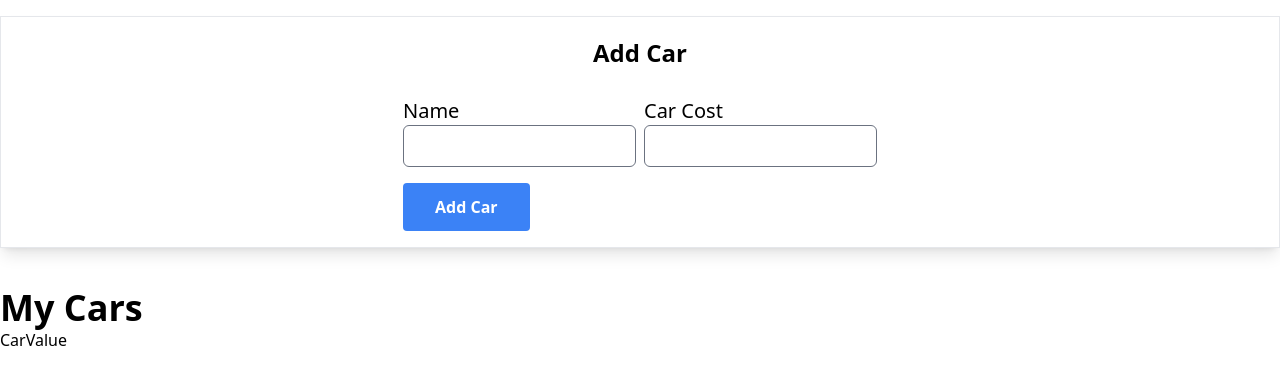
Repository: Marhamat92/carsappreduxtoolkit
Page: /
The author's editor kept a copy of each file at every save. The page is drawn from the files as they stood at one save, then again after the next save.
The browser window is 1280 px wide. The pictures show the whole page.
The project was rebuilt for these pictures with package versions that can differ from the ones it lists, and the page was loaded fresh each time.

Above is the page before, as saved 2023-01-23 23:57:39.

After the next save:
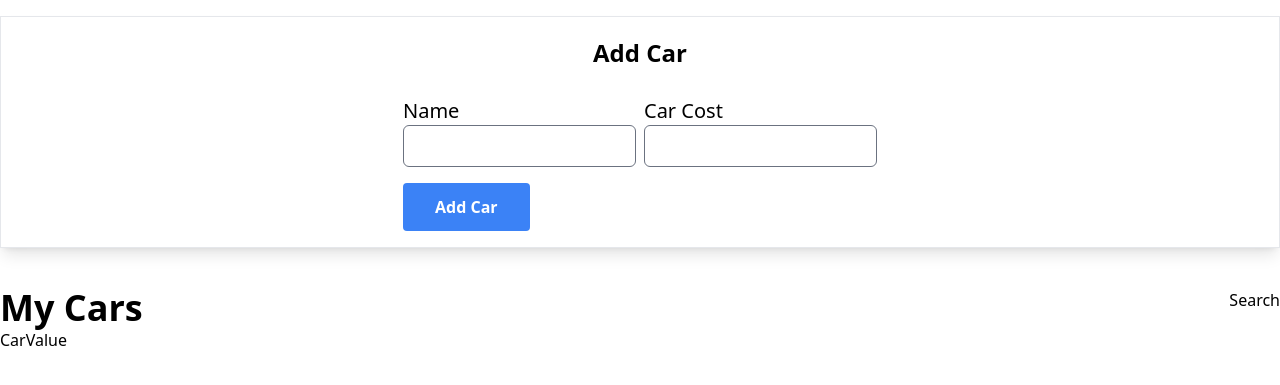
Saved 31 s later.
--- a/src/components/CarSearch.js
+++ b/src/components/CarSearch.js
@@ -5,6 +5,9 @@ function CarSearch() {
     <div>
       <div className='flex justify-between mt-10' >
         <h1 className='text-4xl font-bold' >My Cars</h1>
+        <div>
+          <label htmlFor="">Search</label>
+        </div>
       </div>
     </div>
   )
